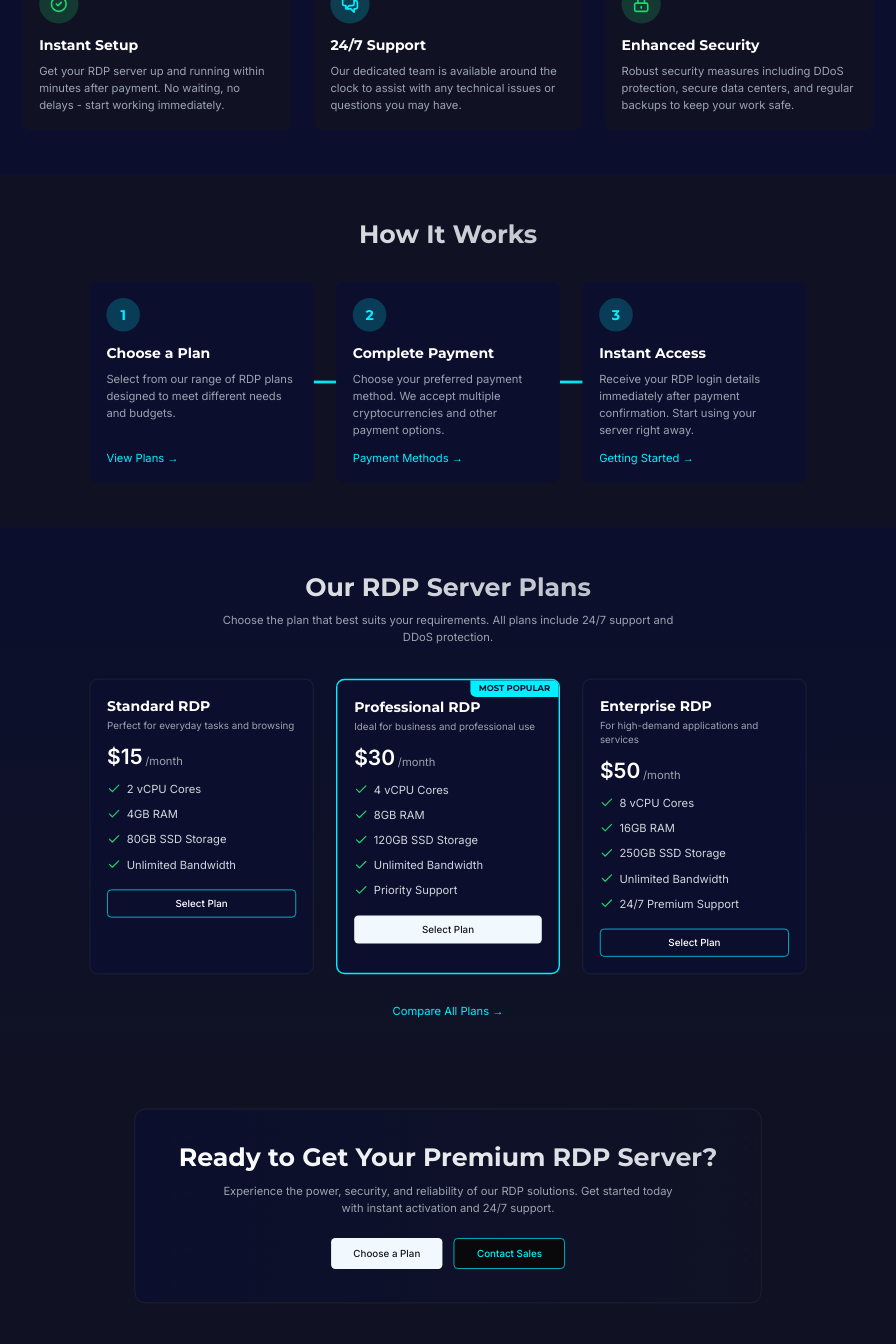
Repository: Husnainn01/stealthrdp2
Page: /
These files come from the project's save history. The page is drawn as it stood at one moment and after the next save; the edit follows.
The browser window is 1280 px wide. The pictures show the part of the page from y = 734 to 2654 px (the page is 2981 px tall before and 3545 px after), at 70% of full size.
The project was rebuilt for these pictures with package versions that can differ from the ones it lists, and the page was loaded fresh each time. Also part of the build but not shown: vite.config.ts, src/components/ui/tooltip.tsx, src/components/ui/accordion.tsx, src/pages/FAQ.tsx, src/components/ui/card.tsx, src/components/ui/tabs.tsx, src/pages/Plans.tsx, src/pages/Features.tsx and 1 more.

Above is the page before, as saved 2025-05-05 23:09:53.

### index.html
<!DOCTYPE html>
<html lang="en">
  <head>
    <meta charset="UTF-8" />
    <meta name="viewport" content="width=device-width, initial-scale=1.0" />
    <title>stealth-digital-revamp</title>
    <meta name="description" content="Lovable Generated Project" />
    <meta name="author" content="Lovable" />

    <meta property="og:title" content="stealth-digital-revamp" />
    <meta property="og:description" content="Lovable Generated Project" />
    <meta property="og:type" content="website" />
    <meta property="og:image" content="https://lovable.dev/opengraph-image-p98pqg.png" />

    <meta name="twitter:card" content="summary_large_image" />
    <meta name="twitter:site" content="@lovable_dev" />
    <meta name="twitter:image" content="https://lovable.dev/opengraph-image-p98pqg.png" />
  </head>

  <body>
    <div id="root"></div>
    <!-- IMPORTANT: DO NOT REMOVE THIS SCRIPT TAG OR THIS VERY COMMENT! -->
    <script src="https://cdn.gpteng.co/gptengineer.js" type="module"></script>
    <script type="module" src="/src/main.tsx"></script>

    <!--Start of Tawk.to Script-->
    <script type="text/javascript">
    var Tawk_API=Tawk_API||{}, Tawk_LoadStart=new Date();
    (function(){
    var s1=document.createElement("script"),s0=document.getElementsByTagName("script")[0];
    s1.async=true;
    s1.src='https://embed.tawk.to/67aadec4825083258e1318e0/1ijpnccj4';
    s1.charset='UTF-8';
    s1.setAttribute('crossorigin','*');
    s0.parentNode.insertBefore(s1,s0);
    })();
    </script>
    <!--End of Tawk.to Script-->
  </body>
</html>

### src/components/ScrollToTop.tsx
import { useEffect } from 'react';
import { useLocation } from 'react-router-dom';

// This component scrolls to the top of the page when the route changes
const ScrollToTop = () => {
  const { pathname } = useLocation();

  useEffect(() => {
    // Scroll to top with smooth behavior
    window.scrollTo({
      top: 0,
      left: 0,
      behavior: 'smooth'
    });
  }, [pathname]);

  return null; // This component doesn't render anything
};

export default ScrollToTop;

### src/pages/Index.tsx
import React from 'react';
import { Link } from 'react-router-dom';
import Layout from '@/components/Layout';
import { Button } from '@/components/ui/button';
import { Check } from 'lucide-react';

const Index = () => {
  return (
    <Layout>
      {/* Hero Section */}
      <section className="pt-24 pb-16 md:pt-32 md:pb-24 relative overflow-hidden">
        <div className="absolute inset-0 z-0">
          <div className="absolute inset-0 bg-gradient-to-b from-charcoal to-midnight opacity-90"></div>
          <div className="absolute inset-0 bg-[radial-gradient(#22D46B10_1px,transparent_1px)] [background-size:20px_20px]"></div>
        </div>

        <div className="container relative z-10">
          <div className="max-w-4xl mx-auto text-center">
            <h1 className="text-4xl md:text-5xl lg:text-6xl font-bold font-montserrat mb-6 bg-gradient-to-r from-white to-gray-300 bg-clip-text text-transparent fade-in">
              Secure & Instant RDP Servers
            </h1>
            <p className="text-gray-300 text-lg md:text-xl mb-8 fade-in" style={{ animationDelay: '0.2s' }}>
              Experience high-performance RDP with immediate setup, robust security, and reliable 24/7 expert support.
            </p>
            <div className="flex flex-col sm:flex-row justify-center gap-4 fade-in" style={{ animationDelay: '0.4s' }}>
              <Button asChild size="lg" className="btn-electric text-base">
                <Link to="/plans">Get Started Now</Link>
              </Button>
              <Button asChild variant="outline" size="lg" className="border-electric text-electric hover:bg-electric/10 text-base">
                <Link to="/features">Explore Features</Link>
              </Button>
            </div>
            <p className="text-gray-500 text-sm mt-4 fade-in" style={{ animationDelay: '0.6s' }}>Trusted by professionals worldwide.</p>
          </div>
        </div>
      </section>

      {/* Key Benefits Section */}
      <section className="bg-midnight py-16">
        <div className="container">
          <h2 className="text-3xl md:text-4xl font-bold font-montserrat text-center mb-12 bg-gradient-to-r from-white to-gray-400 bg-clip-text text-transparent">
            Why Choose StealthRDP
          </h2>

          <div className="grid grid-cols-1 md:grid-cols-3 gap-8">
            {/* Benefit 1 */}
            <div className="bg-charcoal rounded-xl p-6 card-hover">
              <div className="w-14 h-14 rounded-full bg-cyber/20 flex items-center justify-center mb-4">
                <svg xmlns="http://www.w3.org/2000/svg" className="h-7 w-7 text-cyber" fill="none" viewBox="0 0 24 24" stroke="currentColor">
                  <path strokeLinecap="round" strokeLinejoin="round" strokeWidth={2} d="M9 12l2 2 4-4m6 2a9 9 0 11-18 0 9 9 0 0118 0z" />
                </svg>
              </div>
              <h3 className="text-xl font-bold font-montserrat text-white mb-3">Instant Setup</h3>
              <p className="text-gray-400">
                Get your RDP server up and running within minutes after payment. No waiting, no delays - start working immediately.
              </p>
            </div>

            {/* Benefit 2 */}
            <div className="bg-charcoal rounded-xl p-6 card-hover">
              <div className="w-14 h-14 rounded-full bg-electric/20 flex items-center justify-center mb-4">
                <svg xmlns="http://www.w3.org/2000/svg" className="h-7 w-7 text-electric" fill="none" viewBox="0 0 24 24" stroke="currentColor">
                  <path strokeLinecap="round" strokeLinejoin="round" strokeWidth={2} d="M17 8h2a2 2 0 012 2v6a2 2 0 01-2 2h-2v4l-4-4H9a1.994 1.994 0 01-1.414-.586m0 0L11 14h4a2 2 0 002-2V6a2 2 0 00-2-2H5a2 2 0 00-2 2v6a2 2 0 002 2h2v4l.586-.586z" />
                </svg>
              </div>
              <h3 className="text-xl font-bold font-montserrat text-white mb-3">24/7 Support</h3>
              <p className="text-gray-400">
                Our dedicated team is available around the clock to assist with any technical issues or questions you may have.
              </p>
            </div>

            {/* Benefit 3 */}
            <div className="bg-charcoal rounded-xl p-6 card-hover">
              <div className="w-14 h-14 rounded-full bg-cyber/20 flex items-center justify-center mb-4">
                <svg xmlns="http://www.w3.org/2000/svg" className="h-7 w-7 text-cyber" fill="none" viewBox="0 0 24 24" stroke="currentColor">
                  <path strokeLinecap="round" strokeLinejoin="round" strokeWidth={2} d="M12 15v2m-6 4h12a2 2 0 002-2v-6a2 2 0 00-2-2H6a2 2 0 00-2 2v6a2 2 0 002 2zm10-10V7a4 4 0 00-8 0v4h8z" />
                </svg>
              </div>
              <h3 className="text-xl font-bold font-montserrat text-white mb-3">Enhanced Security</h3>
              <p className="text-gray-400">
                Robust security measures including DDoS protection, secure data centers, and regular backups to keep your work safe.
              </p>
            </div>
          </div>
        </div>
      </section>

      {/* How It Works Section */}
      <section className="py-16 bg-charcoal">
        <div className="container">
          <h2 className="text-3xl md:text-4xl font-bold font-montserrat text-center mb-12 bg-gradient-to-r from-white to-gray-400 bg-clip-text text-transparent">
            How It Works
          </h2>

          <div className="grid grid-cols-1 md:grid-cols-3 gap-8 max-w-5xl mx-auto">
            {/* Step 1 */}
            <div className="relative">
              <div className="bg-midnight rounded-xl p-6 relative z-10 h-full flex flex-col">
                <div className="w-12 h-12 rounded-full bg-electric/20 flex items-center justify-center mb-4 text-electric font-montserrat font-bold text-xl">
                  1
                </div>
                <h3 className="text-xl font-bold font-montserrat text-white mb-3">Choose a Plan</h3>
                <p className="text-gray-400 flex-grow">
                  Select from our range of RDP plans designed to meet different needs and budgets.
                </p>
                <Link to="/plans" className="text-electric hover:underline mt-4 inline-block">
                  View Plans →
                </Link>
              </div>
              {/* Connector line */}
              <div className="hidden md:block absolute top-1/2 left-full w-full h-1 bg-gradient-to-r from-electric to-transparent -translate-y-1/2 z-0"></div>
            </div>

            {/* Step 2 */}
            <div className="relative">
              <div className="bg-midnight rounded-xl p-6 relative z-10 h-full flex flex-col">
                <div className="w-12 h-12 rounded-full bg-electric/20 flex items-center justify-center mb-4 text-electric font-montserrat font-bold text-xl">
                  2
                </div>
                <h3 className="text-xl font-bold font-montserrat text-white mb-3">Complete Payment</h3>
                <p className="text-gray-400 flex-grow">
                  Choose your preferred payment method. We accept multiple cryptocurrencies and other payment options.
                </p>
                <Link to="/payment" className="text-electric hover:underline mt-4 inline-block">
                  Payment Methods →
                </Link>
              </div>
              {/* Connector line */}
              <div className="hidden md:block absolute top-1/2 left-full w-full h-1 bg-gradient-to-r from-electric to-transparent -translate-y-1/2 z-0"></div>
            </div>

            {/* Step 3 */}
            <div>
              <div className="bg-midnight rounded-xl p-6 relative z-10 h-full flex flex-col">
                <div className="w-12 h-12 rounded-full bg-electric/20 flex items-center justify-center mb-4 text-electric font-montserrat font-bold text-xl">
                  3
                </div>
                <h3 className="text-xl font-bold font-montserrat text-white mb-3">Instant Access</h3>
                <p className="text-gray-400 flex-grow">
                  Receive your RDP login details immediately after payment confirmation. Start using your server right away.
                </p>
                <Link to="/getting-started" className="text-electric hover:underline mt-4 inline-block">
                  Getting Started →
                </Link>
              </div>
            </div>
          </div>
        </div>
      </section>

      {/* Plans Preview Section */}
      <section className="py-16 bg-gradient-to-b from-midnight to-charcoal">
        <div className="container">
          <div className="text-center mb-12">
            <h2 className="text-3xl md:text-4xl font-bold font-montserrat mb-4 bg-gradient-to-r from-white to-gray-400 bg-clip-text text-transparent">
              Our RDP Server Plans
            </h2>
            <p className="text-gray-400 max-w-2xl mx-auto">
              Choose the plan that best suits your requirements. All plans include 24/7 support and DDoS protection.
            </p>
          </div>

          <div className="grid grid-cols-1 md:grid-cols-3 gap-8 max-w-5xl mx-auto">
            {/* Basic Plan */}
            <div className="bg-midnight border border-gray-800 rounded-xl overflow-hidden card-hover">
              <div className="p-6">
                <h3 className="text-xl font-bold font-montserrat text-white mb-1">Standard RDP</h3>
                <p className="text-gray-400 text-sm mb-4">Perfect for everyday tasks and browsing</p>
                <div className="flex items-end mb-4">
                  <span className="text-3xl font-bold text-white">$15</span>
                  <span className="text-gray-400 ml-1">/month</span>
                </div>
                <ul className="space-y-3 mb-6">
                  <li className="flex items-start">
                    <Check className="h-5 w-5 text-cyber mr-2 mt-0.5" />
                    <span className="text-gray-300">2 vCPU Cores</span>
                  </li>
                  <li className="flex items-start">
                    <Check className="h-5 w-5 text-cyber mr-2 mt-0.5" />
                    <span className="text-gray-300">4GB RAM</span>
                  </li>
                  <li className="flex items-start">
                    <Check className="h-5 w-5 text-cyber mr-2 mt-0.5" />
                    <span className="text-gray-300">80GB SSD Storage</span>
                  </li>
                  <li className="flex items-start">
                    <Check className="h-5 w-5 text-cyber mr-2 mt-0.5" />
                    <span className="text-gray-300">Unlimited Bandwidth</span>
                  </li>
                </ul>
                <Button asChild className="w-full bg-midnight text-white border border-electric hover:bg-electric hover:text-midnight transition-colors">
                  <Link to="/plans">Select Plan</Link>
                </Button>
              </div>
            </div>

            {/* Pro Plan */}
            <div className="bg-midnight border-2 border-electric rounded-xl overflow-hidden relative card-hover">
              <div className="absolute top-0 right-0 bg-electric text-midnight px-3 py-1 text-xs font-bold font-montserrat rounded-bl-lg">
                MOST POPULAR
              </div>
              <div className="p-6">
                <h3 className="text-xl font-bold font-montserrat text-white mb-1">Professional RDP</h3>
                <p className="text-gray-400 text-sm mb-4">Ideal for business and professional use</p>
                <div className="flex items-end mb-4">
                  <span className="text-3xl font-bold text-white">$30</span>
                  <span className="text-gray-400 ml-1">/month</span>
                </div>
                <ul className="space-y-3 mb-6">
                  <li className="flex items-start">
                    <Check className="h-5 w-5 text-cyber mr-2 mt-0.5" />
                    <span className="text-gray-300">4 vCPU Cores</span>
                  </li>
                  <li className="flex items-start">
                    <Check className="h-5 w-5 text-cyber mr-2 mt-0.5" />
                    <span className="text-gray-300">8GB RAM</span>
                  </li>
                  <li className="flex items-start">
                    <Check className="h-5 w-5 text-cyber mr-2 mt-0.5" />
                    <span className="text-gray-300">120GB SSD Storage</span>
                  </li>
                  <li className="flex items-start">
                    <Check className="h-5 w-5 text-cyber mr-2 mt-0.5" />
                    <span className="text-gray-300">Unlimited Bandwidth</span>
                  </li>
                  <li className="flex items-start">
                    <Check className="h-5 w-5 text-cyber mr-2 mt-0.5" />
                    <span className="text-gray-300">Priority Support</span>
                  </li>
                </ul>
                <Button asChild className="w-full btn-electric">
                  <Link to="/plans">Select Plan</Link>
                </Button>
              </div>
            </div>

            {/* Enterprise Plan */}
            <div className="bg-midnight border border-gray-800 rounded-xl overflow-hidden card-hover">
              <div className="p-6">
                <h3 className="text-xl font-bold font-montserrat text-white mb-1">Enterprise RDP</h3>
                <p className="text-gray-400 text-sm mb-4">For high-demand applications and services</p>
                <div className="flex items-end mb-4">
                  <span className="text-3xl font-bold text-white">$50</span>
                  <span className="text-gray-400 ml-1">/month</span>
                </div>
                <ul className="space-y-3 mb-6">
                  <li className="flex items-start">
                    <Check className="h-5 w-5 text-cyber mr-2 mt-0.5" />
                    <span className="text-gray-300">8 vCPU Cores</span>
                  </li>
                  <li className="flex items-start">
                    <Check className="h-5 w-5 text-cyber mr-2 mt-0.5" />
                    <span className="text-gray-300">16GB RAM</span>
                  </li>
                  <li className="flex items-start">
                    <Check className="h-5 w-5 text-cyber mr-2 mt-0.5" />
                    <span className="text-gray-300">250GB SSD Storage</span>
                  </li>
                  <li className="flex items-start">
                    <Check className="h-5 w-5 text-cyber mr-2 mt-0.5" />
                    <span className="text-gray-300">Unlimited Bandwidth</span>
                  </li>
                  <li className="flex items-start">
                    <Check className="h-5 w-5 text-cyber mr-2 mt-0.5" />
                    <span className="text-gray-300">24/7 Premium Support</span>
                  </li>
                </ul>
                <Button asChild className="w-full bg-midnight text-white border border-electric hover:bg-electric hover:text-midnight transition-colors">
                  <Link to="/plans">Select Plan</Link>
                </Button>
              </div>
            </div>
          </div>

          <div className="text-center mt-10">
            <Link to="/plans" className="text-electric hover:underline">
              Compare All Plans →
            </Link>
          </div>
        </div>
      </section>

      {/* CTA Section */}
      <section className="py-16 bg-charcoal">
        <div className="container">
          <div className="max-w-4xl mx-auto bg-gradient-to-r from-midnight to-charcoal p-8 sm:p-10 md:p-12 rounded-2xl border border-gray-800 relative overflow-hidden">
            {/* Background Effect */}
            <div className="absolute inset-0 bg-[radial-gradient(#22D46B05_1px,transparent_1px)] [background-size:16px_16px]"></div>
            <div className="relative z-10 text-center">
              <h2 className="text-3xl md:text-4xl font-bold font-montserrat mb-4 bg-gradient-to-r from-white to-gray-300 bg-clip-text text-transparent">
                Ready to Get Your Premium RDP Server?
              </h2>
              <p className="text-gray-400 mb-8 max-w-2xl mx-auto">
                Experience the power, security, and reliability of our RDP solutions. Get started today with instant activation and 24/7 support.
              </p>
              <div className="flex flex-col sm:flex-row justify-center gap-4">
                <Button asChild size="lg" className="btn-electric">
                  <Link to="/plans">Choose a Plan</Link>
                </Button>
                <Button asChild variant="outline" size="lg" className="border-electric text-electric hover:bg-electric/10">
                  <Link to="/contact">Contact Sales</Link>
                </Button>
              </div>
            </div>
          </div>
        </div>
      </section>
    </Layout>
  );
};

export default Index;

### src/components/Layout.tsx

import React from 'react';
import Navbar from './Navbar';
import Footer from './Footer';

interface LayoutProps {
  children: React.ReactNode;
}

const Layout: React.FC<LayoutProps> = ({ children }) => {
  return (
    <div className="flex flex-col min-h-screen">
      <Navbar />
      <main className="flex-grow">{children}</main>
      <Footer />
    </div>
  );
};

export default Layout;

### src/components/ui/button.tsx
import * as React from "react"
import { Slot } from "@radix-ui/react-slot"
import { cn } from "@/lib/utils"
import { buttonVariants, type ButtonProps } from "@/lib/ui-utils/button-variants"

const Button = React.forwardRef<HTMLButtonElement, ButtonProps>(
  ({ className, variant, size, asChild = false, ...props }, ref) => {
    const Comp = asChild ? Slot : "button"
    return (
      <Comp
        className={cn(buttonVariants({ variant, size, className }))}
        ref={ref}
        {...props}
      />
    )
  }
)
Button.displayName = "Button"

export { Button }

Loaded but not shown: src/main.tsx (common file); src/hooks/use-toast.ts (common file); src/lib/utils.ts (common file); src/components/Footer.tsx (83 lines, source omitted); src/components/ui/toast.tsx (127 lines, source omitted); src/components/Navbar.tsx (133 lines, source omitted); tailwind.config.ts (110 lines, source omitted); src/index.css (70 lines, source omitted); src/lib/ui-utils/button-variants.ts (36 lines, source omitted); src/App.tsx (35 lines, source omitted); src/components/ui/sonner.tsx (29 lines, source omitted); src/components/ui/toaster.tsx (33 lines, source omitted)

After the next save:
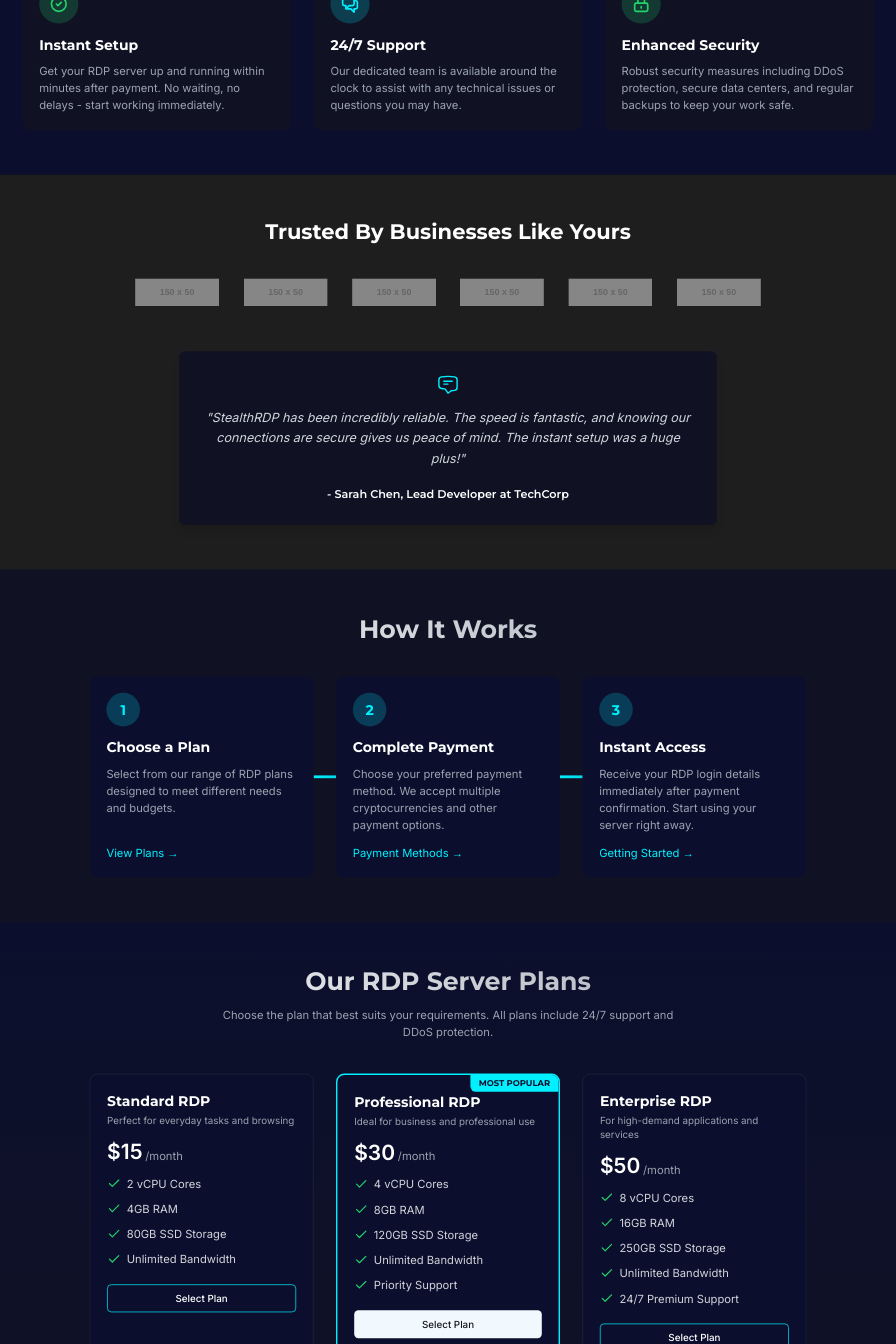
Saved 17 s later.
--- a/src/pages/Index.tsx
+++ b/src/pages/Index.tsx
@@ -85,6 +85,41 @@
         </div>
       </section>
 
+      {/* Social Proof Section - NEW */}
+      <section className="bg-steel py-16">
+        <div className="container">
+          <h2 className="text-2xl md:text-3xl font-bold font-montserrat text-center mb-12 text-white">
+            Trusted By Businesses Like Yours
+          </h2>
+
+          {/* Client Logos (Placeholder) */}
+          <div className="grid grid-cols-2 md:grid-cols-4 lg:grid-cols-6 gap-8 items-center mb-16 max-w-4xl mx-auto">
+            {[1, 2, 3, 4, 5, 6].map((i) => (
+              <div key={i} className="flex justify-center">
+                <img
+                  src={`https://placehold.co/150x50/FFFFFF/CCCCCC?text=Client+${i}&font=montserrat`}
+                  alt={`Client Logo ${i}`}
+                  className="h-8 md:h-10 w-auto opacity-60 hover:opacity-100 transition-opacity"
+                />
+              </div>
+            ))}
+          </div>
+
+          {/* Testimonial Example */}
+          <div className="bg-charcoal rounded-lg p-8 max-w-3xl mx-auto text-center shadow-lg">
+            <svg xmlns="http://www.w3.org/2000/svg" className="h-8 w-8 text-electric mx-auto mb-4" fill="none" viewBox="0 0 24 24" stroke="currentColor" strokeWidth={1.5}>
+              <path strokeLinecap="round" strokeLinejoin="round" d="M7.5 8.25h9m-9 3H12m-9.75 1.51c0 1.6 1.123 2.994 2.707 3.227 1.129.166 2.27.293 3.423.379.35.026.67.21.865.501L12 21l2.755-2.13a1.14 1.14 0 01.865-.501 48.172 48.172 0 003.423-.379c1.584-.233 2.707-1.626 2.707-3.228V6.741c0-1.602-1.123-2.995-2.707-3.228A48.394 48.394 0 0012 3c-2.392 0-4.744.175-7.043.513C3.373 3.746 2.25 5.14 2.25 6.741v6.018z" />
+            </svg>
+            <p className="text-lg text-gray-300 italic leading-relaxed mb-6">
+              "StealthRDP has been incredibly reliable. The speed is fantastic, and knowing our connections are secure gives us peace of mind. The instant setup was a huge plus!"
+            </p>
+            <p className="font-semibold text-white font-montserrat">
+              - Sarah Chen, Lead Developer at TechCorp
+            </p>
+          </div>
+        </div>
+      </section>
+
       {/* How It Works Section */}
       <section className="py-16 bg-charcoal">
         <div className="container">
